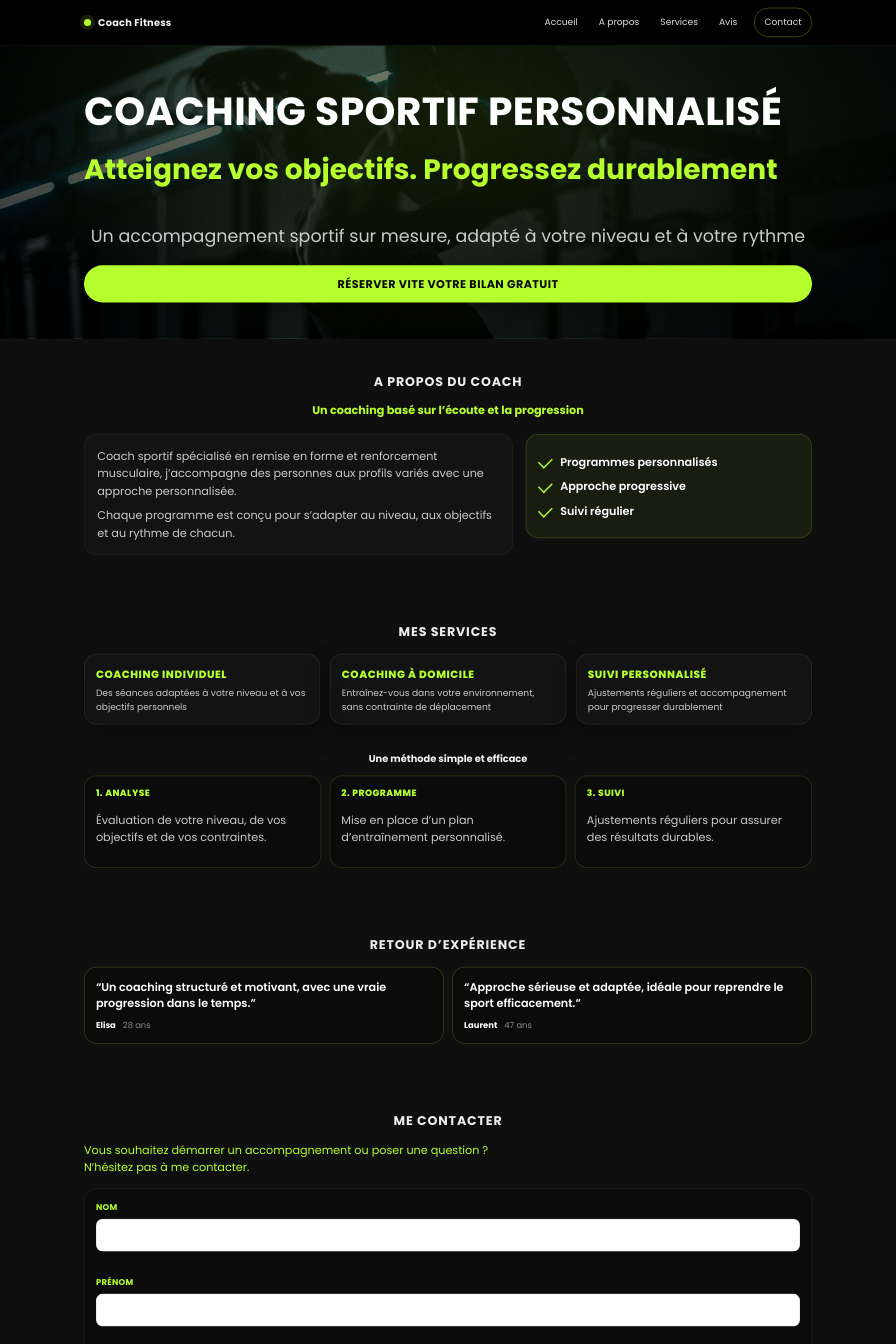
Repository: ThomasHdrd/CoachFitness
Page: index.html
An editor plug-in stored every save of this project. The page is shown before and after the next save, followed by the edit.
The browser window is 1280 px wide. The pictures show the part of the page from y = 0 to 1920 px (the page is 2888 px tall before and 2908 px after), at 70% of full size.

Above is the page before, as saved 2026-01-20 22:02:47.

After the next save:
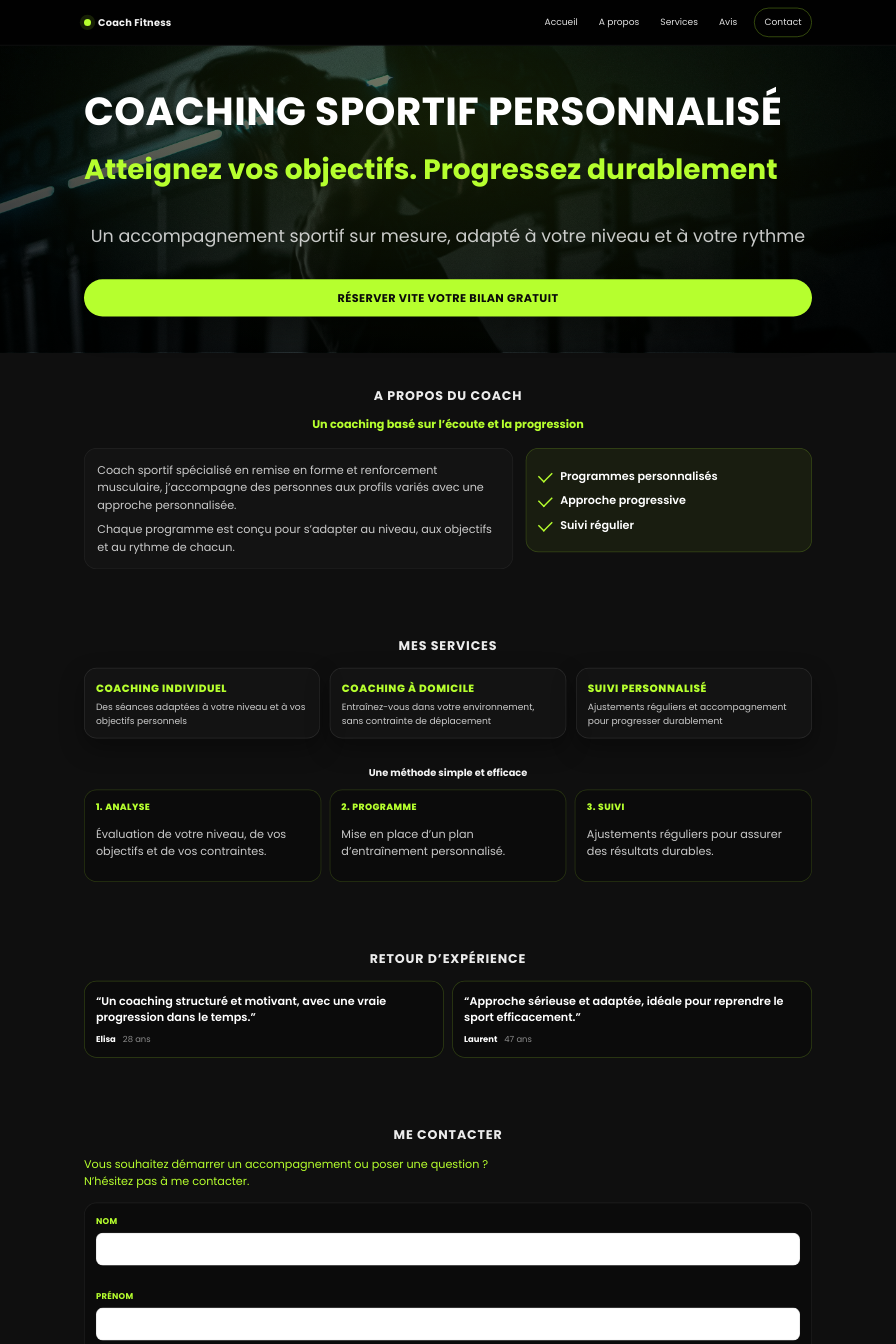
Saved 25 s later.
--- a/styles.css
+++ b/styles.css
@@ -170,6 +170,7 @@ body{
   color: var(--muted);
   font-size: 25px;
   line-height: 1.55;
+  padding-bottom: 20px;
 }
 
 /* Buttons */
